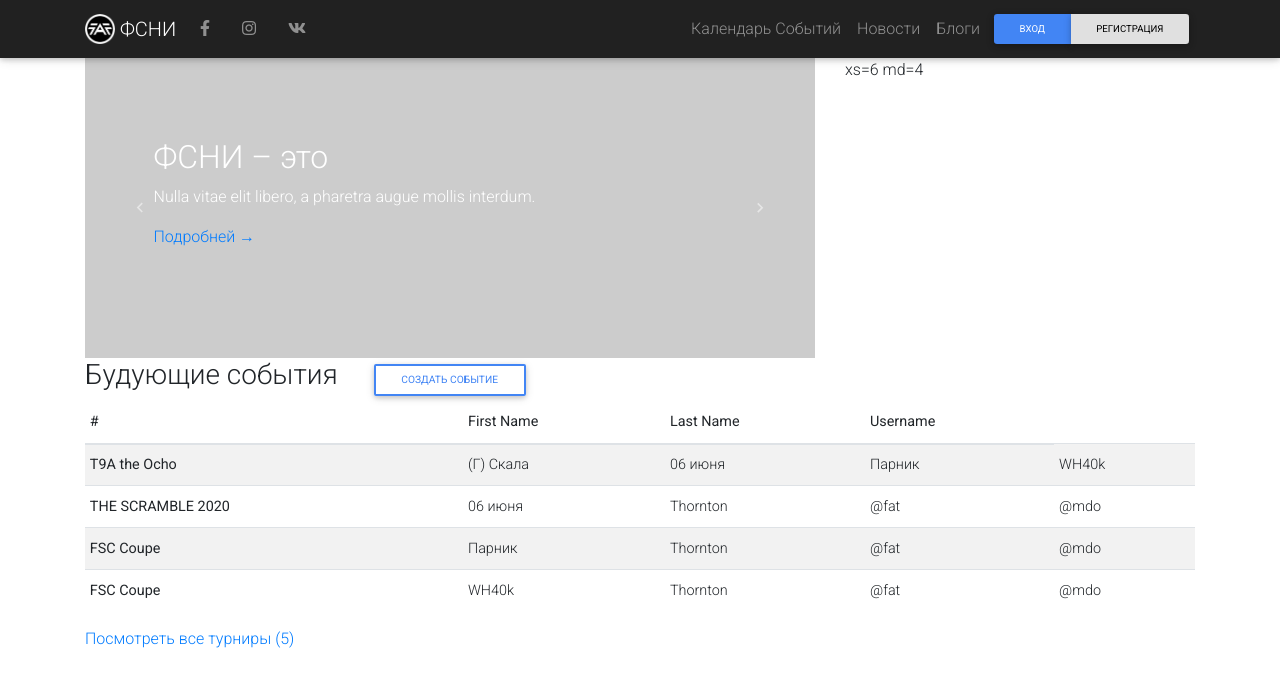
Repository: alexey1986/fsni_test
Page: /
These files come from the project's save history. The page is drawn as it stood at one moment and after the next save; the edit follows.
The browser window is 1280 px wide. The pictures show the whole page.
The project was rebuilt for these pictures with package versions that can differ from the ones it lists, and the page was loaded fresh each time. Also part of the build but not shown: src/pages/calendar.jsx, src/pages/news.jsx, src/pages/blogs.jsx.

Above is the page before, as saved 2020-08-29 10:29:37.

After the next save:
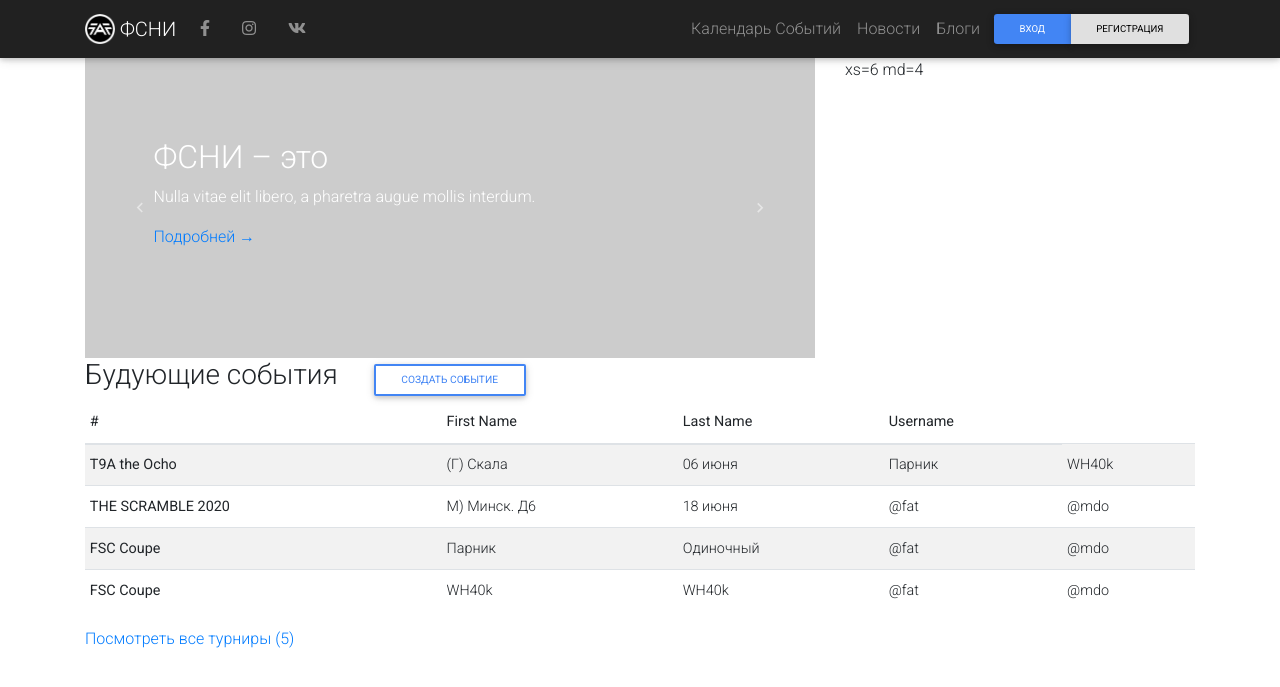
Saved 25 s later.
--- a/src/pages/home.jsx
+++ b/src/pages/home.jsx
@@ -48,22 +48,22 @@
                         </tr>
                         <tr>
                             <th>THE SCRAMBLE 2020</th>
-                            <td>06 июня</td>
-                            <td>Thornton</td>
+                            <td>М) Минск. Д6</td>
+                            <td>18 июня</td>
                             <td>@fat</td>
                             <td>@mdo</td>
                         </tr>
                         <tr>
                             <th>FSC Coupe </th>
                             <td>Парник</td>
-                            <td>Thornton</td>
+                            <td>Одиночный</td>
                             <td>@fat</td>
                             <td>@mdo</td>
                         </tr>
                         <tr>
                             <th>FSC Coupe </th>
                             <td>WH40k</td>
-                            <td>Thornton</td>
+                            <td>WH40k</td>
                             <td>@fat</td>
                             <td>@mdo</td>
                         </tr>
